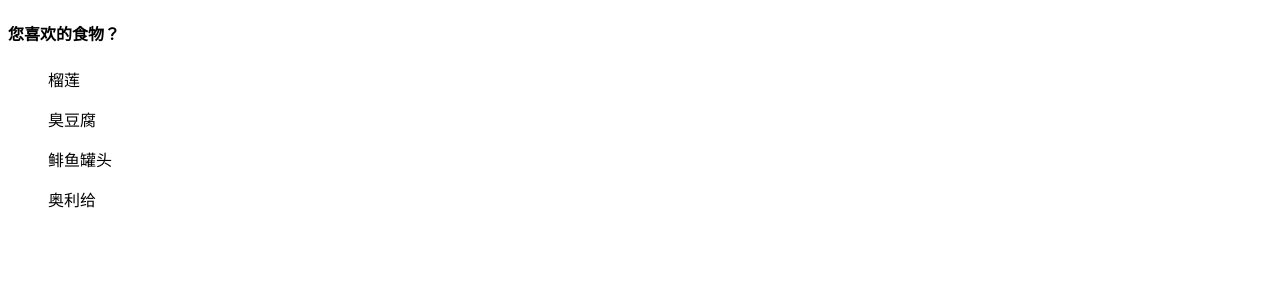
Repository: 129021/Front-end-learning
Page: 第2天/06-无序列表.html
The author's editor kept a copy of each file at every save. The page is drawn from the files as they stood at one save, then again after the next save.
The browser window is 1280 px wide. The pictures show the whole page.

Above is the page before, as saved 2021-10-15 20:21:17.

### 第2天/06-无序列表.html
<!DOCTYPE html>
<html lang="en">

<head>
    <meta charset="UTF-8">
    <meta http-equiv="X-UA-Compatible" content="IE=edge">
    <meta name="viewport" content="width=device-width, initial-scale=1.0">
    <title>无序列表</title>
</head>

<body>
    <h4>您喜欢的食物？</h4>
    <ul>榴莲</ul>
    <ul>臭豆腐</ul>
    <ul>鲱鱼罐头</ul>
    <ul>奥利给</ul>
</body>

</html>

After the next save:
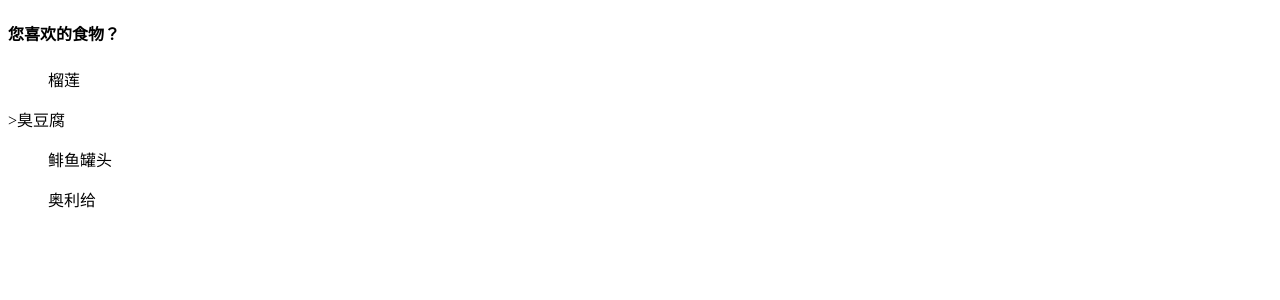
Saved 22 s later.
--- a/第2天/06-无序列表.html
+++ b/第2天/06-无序列表.html
@@ -11,7 +11,7 @@
 <body>
     <h4>您喜欢的食物？</h4>
     <ul>榴莲</ul>
-    <ul>臭豆腐</ul>
+    >臭豆腐</ul>
     <ul>鲱鱼罐头</ul>
     <ul>奥利给</ul>
 </body>

After the save that followed:
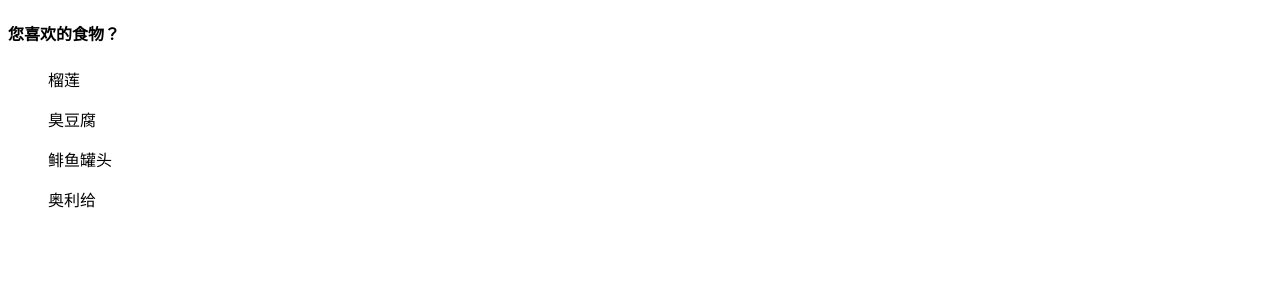
Saved 5 s later.
--- a/第2天/06-无序列表.html
+++ b/第2天/06-无序列表.html
@@ -11,7 +11,7 @@
 <body>
     <h4>您喜欢的食物？</h4>
     <ul>榴莲</ul>
-    >臭豆腐</ul>
+    <ul>臭豆腐</ul>
     <ul>鲱鱼罐头</ul>
     <ul>奥利给</ul>
 </body>
